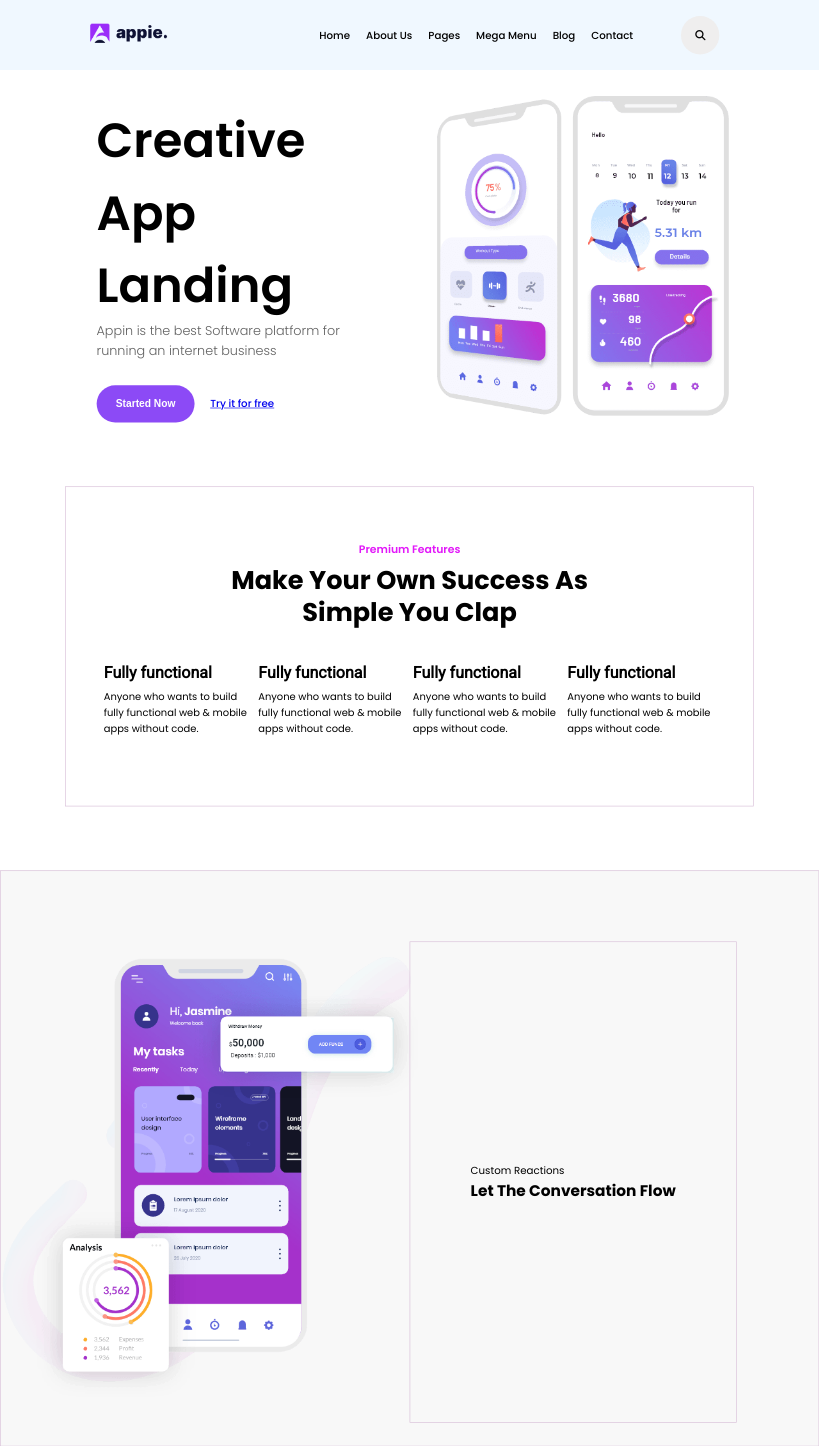
Repository: northpx/landingpage
Page: index.html
These files come from the project's save history. The page is drawn as it stood at one moment and after a run of saves; the edit follows.
The browser window is 1280 px wide. The pictures show the whole page, at 64% of full size.

Above is the page before, as saved 2022-12-28 15:37:27.

### index.html
<!DOCTYPE html>
<html lang="en">
<head>
    <meta charset="UTF-8">
    <meta http-equiv="X-UA-Compatible" content="IE=edge">
    <meta name="viewport" content="width=device-width, initial-scale=1.0">
    <link rel="stylesheet" href="/src/css/style.css">
    <link rel="stylesheet" href="https://cdnjs.cloudflare.com/ajax/libs/font-awesome/6.2.1/css/all.min.css" integrity="sha512-MV7K8+y+gLIBoVD59lQIYicR65iaqukzvf/nwasF0nqhPay5w/9lJmVM2hMDcnK1OnMGCdVK+iQrJ7lzPJQd1w==" crossorigin="anonymous" referrerpolicy="no-referrer" />
    <title>Document</title>

</head>
<body>
    <div class="container">
        <div class="navbar">
            <div class="logo">
                <div class="logo-img">
                    <img src="image/purple-logo.png" alt="">
                </div>
            </div>
            <div class="menu">
                <div class="menu-list">
                    <ul class="menu-item">
                        <li class="item">Home</li>
                        <li class="item">About Us</li>
                        <li class="item">Pages</li>
                        <li class="item">Mega Menu</li>
                        <li class="item">Blog</li>
                        <li class="item">Contact</li>
                    </ul>
                </div>
                <i class="fa-solid fa-bars"></i>
                <div class="search">
                    <div class="box-search">
                        <i class="fa-solid fa-magnifying-glass"></i>
                    </div>
                </div>
            </div>

        </div>
        <div class="header">
            <div class="header1">
                <div class="content">
                    <div class="header1_content">
                        <h1>Creative <br>App Landing</h1>
                        <h6>Appin is the best Software platform for running an internet business</h6>
                    </div>
                    <button class="btn_start">
                        Started Now
                    </button>
                    <a href="#">Try it for free</a>
                </div>
            </div>
            <div class="header2">
                <div class="header2_image">
                    <img src="image/home1-app-screen.png" alt="">
                </div>
            </div>
        </div>
        <div class="section2">
            <div class="section2_box">
                <div class="section2_title">
                    <p>Premium Features</p>
                    <h2>Make Your Own Success As <br>Simple You Clap</h2>
                </div>
                <div class="section2_content">
                    <div class="section2_content_body">
                        <div class="content1">
                            <div class="content_title">
                                <h2>Fully functional</h2>
                                <p>Anyone who wants to build fully functional web & mobile apps without code.</p>
                            </div>
                        </div>
                        <div class="content1">
                            <div class="content_title">
                                <h2>Fully functional</h2>
                                <p>Anyone who wants to build fully functional web & mobile apps without code.</p>
                            </div>
                        </div>
                        <div class="content1">
                            <div class="content_title">
                                <h2>Fully functional</h2>
                                <p>Anyone who wants to build fully functional web & mobile apps without code.</p>
                            </div>
                        </div>
                        <div class="content1">
                            <div class="content_title">
                                <h2>Fully functional</h2>
                                <p>Anyone who wants to build fully functional web & mobile apps without code.</p>
                            </div>
                        </div>
                    </div>
                </div>
            </div>
        </div>
        <div class="section3_container">
            <div class="section3">
                <div class="section3_img">
                    <div class="image">
                        <img src="image/Screen-1-1.png" alt="">
                    </div>
                </div>
                <div class="section3_content">
                    <div class="content3">
                        <p>Custom Reactions</p>
                        <h2>Let The Conversation Flow</h2>
                    </div>
                </div>
            </div>
        </div>
    </div>

</html>

### src/css/style.css
@import url('https://fonts.googleapis.com/css2?family=Poppins:ital,wght@0,200;0,300;0,400;0,500;0,600;0,700;0,800;0,900;1,200;1,300;1,400;1,500;1,600;1,700;1,800;1,900&family=Roboto&display=swap');
@import url(https://fonts.googleapis.com/css?family=Open+Sans:300,400,700);
*{
    padding: 0;
    margin: 0;
    box-sizing: border-box;
}
body{
    font-family: 'Poppins';
}
.container{
    width: 100%;
    height: 1000px;
    /* overflow: auto; */
}

.navbar{
    display: flex;
    width: 100%;
    height: 110px;
    align-items: center;
    margin: 0 auto;
    padding: 0 11%;
    position: sticky;
    top: 0;
    z-index: 5;
    background-color: aliceblue;
}


.menu{
    display: flex;
    margin-left: auto;
    align-items: center;
}

.menu .menu-item{
    display: flex;
    list-style-type: none;
}

.item{
    margin-right: 25px;
    font-weight: 500;
}

.search{
    margin-left: 50px;
    margin-right: 5px;
    align-items: center;
}
.box-search{
    width: 60px;
    height: 60px;
    background: #efeeee;
    color: rgb(4, 4, 4);
    display: inline-flex;
    align-items: center;
    justify-content: center;
    border-radius: 50%;
    margin-right: 10px;
}

.fa-solid.fa-bars{
    display: none;
}

.header{
    width: 78%;
    height: 550px;
    margin: 0 auto;
}

.header1{
    float: left;
    width: 50%;
    height: 550px;
    position: relative;
}
.header2{
    float: left;
    width: 50%;
    height: 550px;
    position: relative;
}
.header::after{
    content: "";
    display: table;
    clear: both;
}

.content{
    position: absolute;
    width: 90%;
    bottom: 0;
    left: 0;
    padding-left: 10px;
}
.header2_image{
    position: absolute;
    right: 0;
    bottom: 0;
}

.btn_start{
    border-radius: 30px;
    padding: 20px 30px;
    font-size: 16px;
    font-weight: 600;
    color: white;
    margin-right: 20px;
    border: none;
    outline: none;
    background-color: rgb(140, 74, 246);
}

a{
    font-size: 16px;
    font-weight: 500;
}

.header1_content{
    margin-bottom: 40px;
}
h1{
    font-size: 75px;
    font-weight: 600;
}

h6{
    font-weight: 300;
    font-size: 20px;
    color: rgb(97, 97, 97);
}

.section2{
    width: 84%;
    height: 500px;
    display: flex;
    flex-direction: column;
    border: 1px solid thistle;
    margin: 100px auto;
    /* margin-top: 100px; */
    align-items: center;
    justify-content: center;
}
.section2_title{
    text-align: center;
}
.section2_title h2{
    font-size: 40px;
    line-height: 50px;
}
.section2_title p{
    font-size: 17px;
    font-weight: 600;
    color: rgb(226, 24, 249);
    margin-bottom: 10px;
}
.section2_box{
    display: flex;
    flex-direction: column;
    margin-bottom: 20px;
    align-items: center;
    justify-content: center;
}

.section2_content{
    width: 100%;
    margin-top: 50px;
}
.section2_content_body{
    width: 90%;
    display: flex;
    margin: 0 auto;
}
.content1{
    width: 25%;
    padding: 5px;
}

.content_title h2{
    font-family: 'Roboto';
    font-weight: bold;
    font-size: 25px;
    margin-bottom: 10px;
}
.content_title p {
    line-height: 25px;
    font-size: 15.5px;
}

.section3_container{
    width: 100%;
    height: 900px;
    border: 1px solid thistle;
    background-color: rgb(248, 248, 248);
    padding: 110px 0px 70px;
}

.section3{
    width: 80%;
    display: flex;
    margin: 0 auto;
}

.section3_img{
    width: 50%;
    align-items: center;
    display: flex;
    flex-wrap: wrap;
    justify-content: center;
    line-height: 30px;
    padding: 10px;
}
.image{
    margin-left: -100px;
}
.section3_img img{
    display: inline-block;
    text-align: left;
}

.section3_content{
    display: flex;
    flex-wrap: wrap;
    align-items: center;
    justify-content: center;
    width: 50%;
    border: 1px solid thistle;
    padding: 10px;
}
.content

After the next 2 saves:
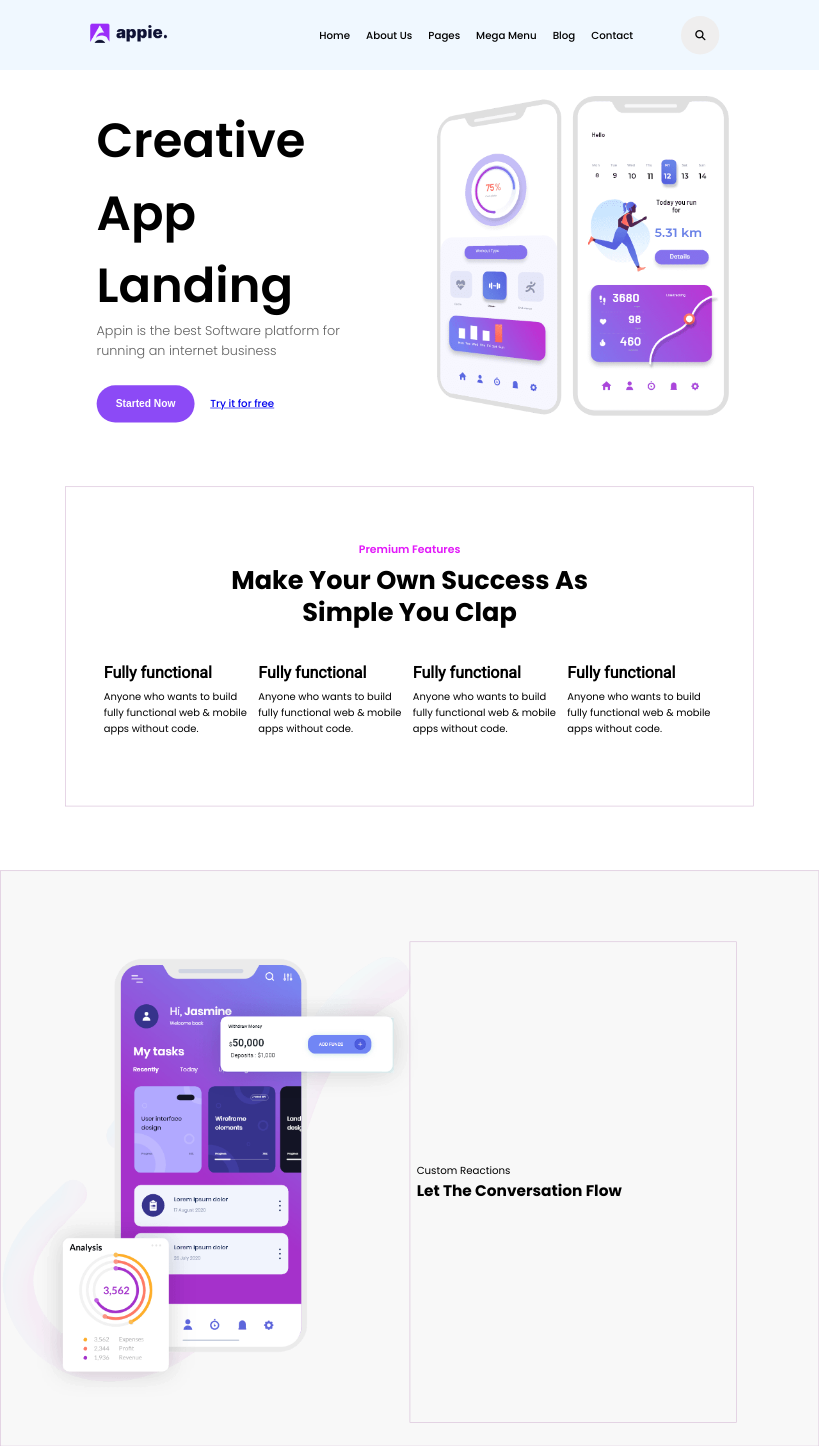
The 2 saves are shown as one change because they came seconds apart.
The last was saved 6 s later.
--- a/src/css/style.css
+++ b/src/css/style.css
@@ -230,4 +230,6 @@ h6{
     border: 1px solid thistle;
     padding: 10px;
 }
-.content
+.content3{
+    width: 100%;
+}
